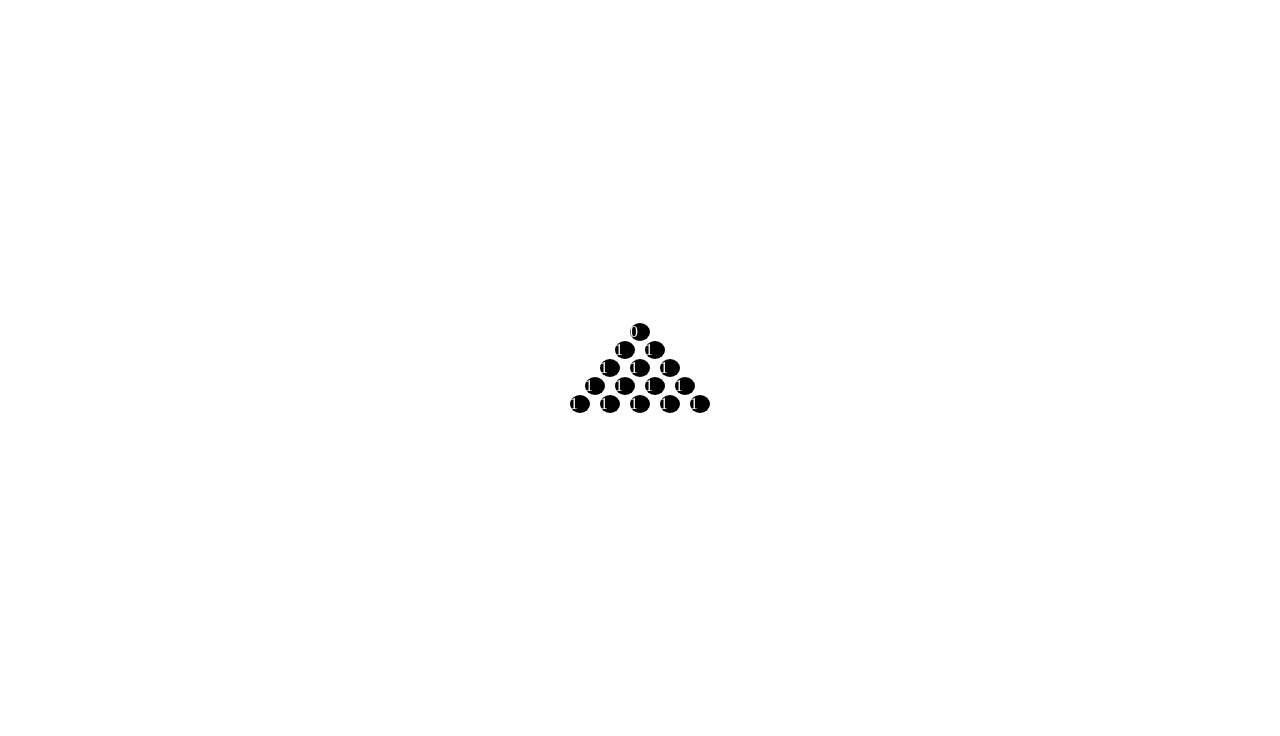
Repository: Yash19075/Mathematical-Peg-game
Page: Peg-game.html
These files come from the project's save history. The page is drawn as it stood at one moment and after the next save; the edit follows.
The browser window is 1280 px wide. The pictures show the whole page.

Above is the page before, as saved 2025-03-15 11:57:08.

### Peg-game.html
<!DOCTYPE html>
<html lang="en">
<head>
    <meta charset="UTF-8">
    <meta name="viewport" content="width=device-width, initial-scale=1.0">
    <title>Peg game</title>
    <link rel="stylesheet" href="Peg-game.css">
</head>
<body>
    <div class="peg-board">
    <div class="row">
        <div class="peg">0</div>
    </div>
    <div class="row">
        <div class="peg">1</div>
        <div class="peg">1</div>
    </div>
    <div class="row">
        <div class="peg">1</div>
        <div class="peg">1</div>
        <div class="peg">1</div>
    </div>
    <div class="row">
        <div class="peg">1</div>
        <div class="peg">1</div>
        <div class="peg">1</div>
        <div class="peg">1</div>
    </div>
    <div class="row">
        <div class="peg">1</div>
        <div class="peg">1</div>
        <div class="peg">1</div>
        <div class="peg">1</div>
        <div class="peg">1</div>
    </div>
    </div>
</body>
</html>

### Peg-game.css
body {
    height: 100vh;
    display: flex;
    justify-content: center;
    align-items: center;
}

.row {
    display: flex;
    gap: 10px;
    justify-content: center;
}

.peg-board {
    display: flex;
    flex-direction: column;
}

.peg{
    border-radius: 50%;
    background-color: black;
    color: white;
    width: 20px;
    align-items: center;
}

After the next save:
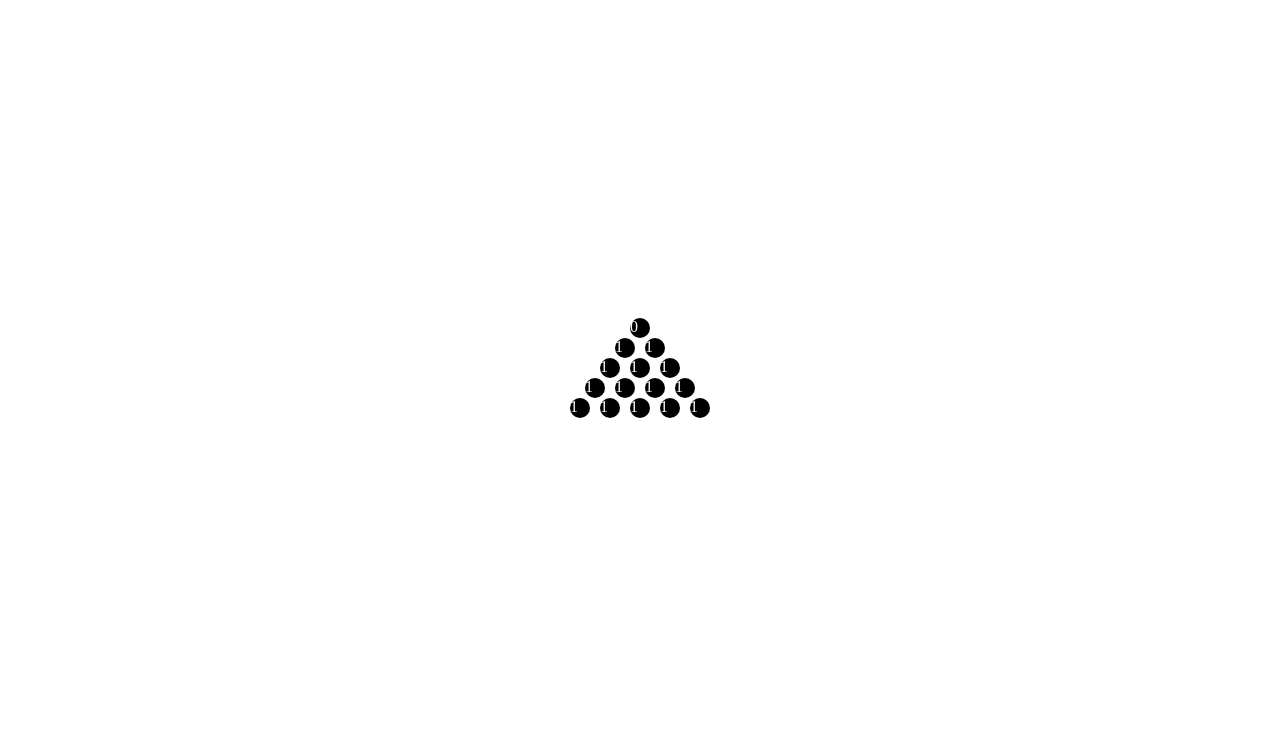
Saved 15 s later.
--- a/Peg-game.css
+++ b/Peg-game.css
@@ -21,5 +21,6 @@ body {
     background-color: black;
     color: white;
     width: 20px;
-    align-items: center;
+    /* align-items: center; */
+    height: 20px;
 }
